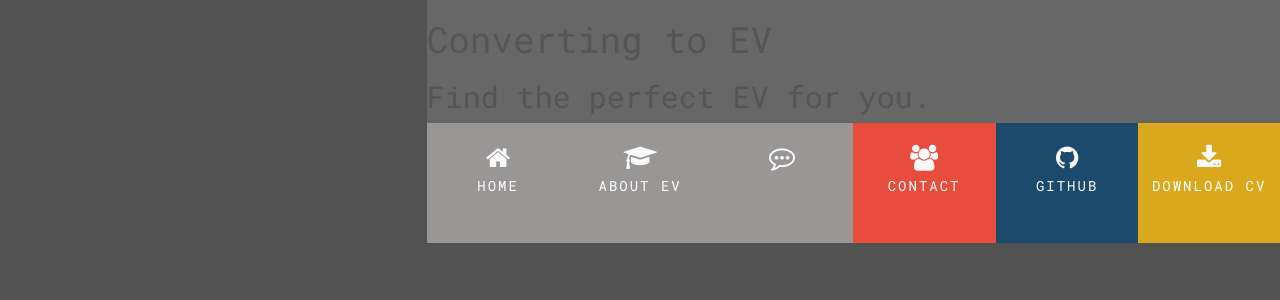
Repository: gnisco/2nd-project
Page: index.html
The author's editor kept a record of every edit. The page is drawn from the files as they stood at one moment, then again after the next edit.
The browser window is 1280 px wide. The pictures show the whole page.
Some web libraries are served in a nearby version.

Above is the page before.

### index.html
<!DOCTYPE html>
<html lang="en">
<head>
    <link rel="stylesheet" href="https://maxcdn.bootstrapcdn.com/bootstrap/3.3.7/css/bootstrap.min.css" type="text/css" />
    <link rel="stylesheet" href="https://maxcdn.bootstrapcdn.com/font-awesome/4.7.0/css/font-awesome.min.css" type="text/css" />
    <link rel="stylesheet" href="https://cdnjs.cloudflare.com/ajax/libs/hover.css/2.1.1/css/hover-min.css" type="text/css" />
    <link rel="stylesheet" href="assets/css/style.css" type="text/css" />
    <title>Convert to EV</title>
</head>

<body>
    <header class="container-fluid">
        <div class="row">
            <a href="index.html">
                <div class="col-md-4 logo"></div>
            </a>
            <div class="col-md-8">
                <div class="row bg-color-name-title">
                    <div class="heading">
                        <h1 class="name">Converting to EV</h1>
                        <h2 class="title">Find the perfect EV for you.</h2>
                    </div>
                </div>
                <div class="row">
                    <ul id="nav" class="list-inline clearfix">
                        <li class="col-xs-6 col-sm-2 ui-menu-color-home menuitem">
                            <a href="index.html" class="hvr-sweep-to-bottom"><i class="fa fa-home" aria-hidden="true"></i><span>Home</span></a>
                        </li>
                        <li class="col-xs-6 col-sm-2 ui-menu-color-resume menuitem">
                            <a href="resume.html" class="hvr-sweep-to-bottom"><i class="fa fa-graduation-cap" aria-hidden="true"></i><span>About EV</span></a>
                        </li>
                        <li class="col-xs-6 col-sm-2 ui-menu-color-contact menuitem">
                            <a href="contact.html" class="hvr-sweep-to-bottom"><i class=" fa fa-commenting-o" aria-hidden="true"></i><span></span></a>
                        </li>
                        <li class="col-xs-6 col-sm-2 ui-menu-color-interests menuitem">
                            <a href="interests.html" class="hvr-sweep-to-bottom"><i class="fa fa-users" aria-hidden="true"></i><span>Contact</span></a>
                        </li>
                        <li class="col-xs-6 col-sm-2 ui-menu-color-github menuitem">
                            <a href="github.html" class="hvr-sweep-to-bottom"><i class="fa fa-github" aria-hidden="true"></i><span>GitHub</span></a>
                        </li>
                        <li class="col-xs-6 col-sm-2 ui-menu-color-download menuitem">
                            <a href="assets/cv/sample-cv.pdf" target="_blank" class="hvr-sweep-to-bottom"><i class="fa fa-download" aria-hidden="true"></i><span>Download CV</span></a>
                        </li>
                    </ul>
                </div>
            </div>
        </div>
    </header>

</body>
</html>

### assets/css/style.css
@import url('https://fonts.googleapis.com/css?family=Roboto+Mono&display=swap');

#nav {
    margin: 0;
}

#nav li {
    padding: 0;
}

.menuitem {
    height: 120px;
    text-align: center;
    padding: 0;
}

.menuitem a {
    width: 100%;
    text-decoration: none;
    color: #ffffff;
    height: 120px;
}


.menuitem a i {
    padding-top: 22px;
    display: block;
    color: #fafafa;
    font-size: 26px;
}

.menuitem span {
    display: block;
    width: 100%;
    padding-top: 5px;
    text-align: center;
    text-transform: uppercase;
    font-size: 14px;
    font-weight: 300;
    letter-spacing: 2px;
}


/*--------------------------------------------Hover.css*/

.hvr-sweep-to-bottom:before {
    background: rgba(0, 0, 0, 0.2);
    height: 120px;
}

/*--------------------------------------------Colors*/

.bg-color-name-title {
    background-color: #676767;
}

.bg-color-three-reasons {
    background-color: #ffffff;
}

.bg-color-personal-info {
    background-color: #f4f4f4;
}

.bg-color-skills {
    background-color: #ffffff;
}

.bg-color-work-history {
    background-color: #9b59b6;
}

.bg-color-contact {
    background-color: #ffffff;
}

.bg-color-conferences {
    background-color: #f4f4f4;
}

.bg-color-groups {
    background-color: #ffffff;
}

.ui-menu-color-home {
    background-color: #999696;
}

.ui-menu-color-resume {
    background-color: #999696;
}

.ui-menu-color-contact {
    background-color: #999696;
}

.ui-menu-color-download {
    background-color: #d9a81d;
}


.ui-menu-color-github {
    background-color: #1c4a6c;
}

.ui-menu-color-interests {
    background-color: #e74c3c;
}




body {
    font-family: Roboto Mono, sans-serif;
    font-weight: 200;
    background-color: #525252;
    color: #555555;
}

After the next edit:
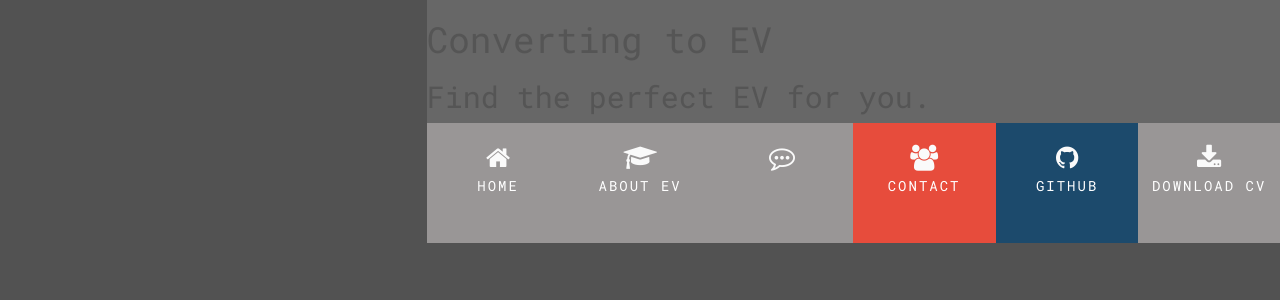
The edit:
--- a/assets/css/style.css
+++ b/assets/css/style.css
@@ -95,7 +95,7 @@
 }
 
 .ui-menu-color-download {
-    background-color: #d9a81d;
+    background-color: #999696;
 }
 
 
